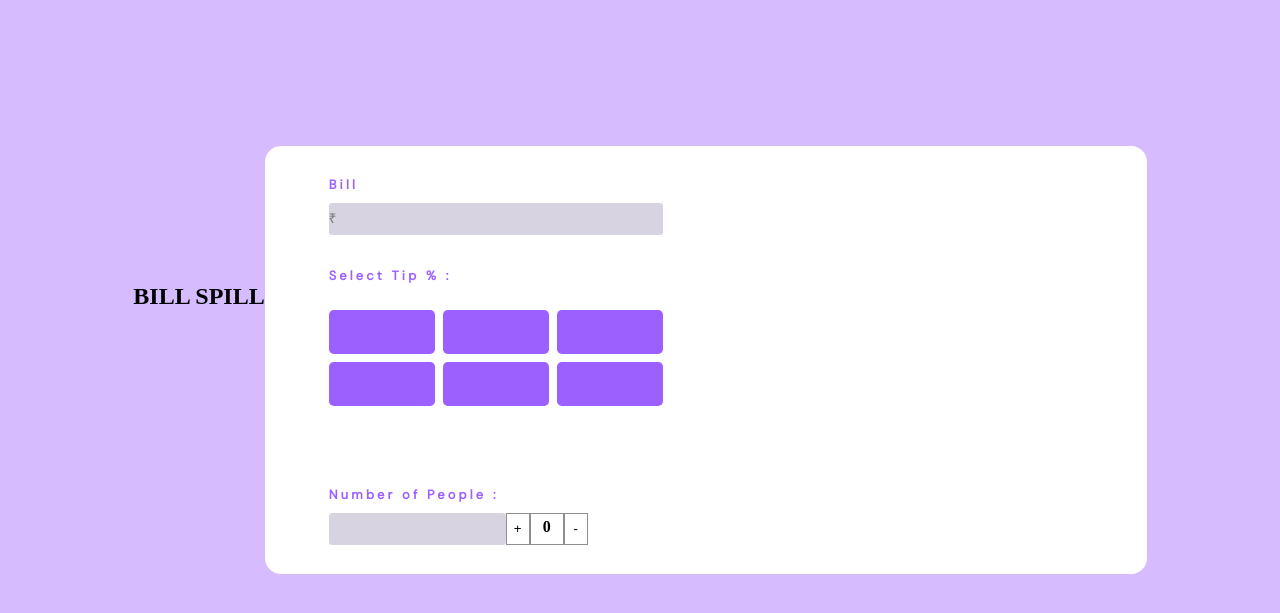
Repository: drumsmanku/micro-project-3
Page: index.html
An editor plug-in stored every save of this project. The page is shown before and after the next save, followed by the edit.
The browser window is 1280 px wide. The pictures show the whole page.

Above is the page before, as saved 2023-04-17 19:02:21.

### index.html
<!DOCTYPE html>
<html lang="en">
<head>
  <meta charset="UTF-8">
  <meta http-equiv="X-UA-Compatible" content="IE=edge">
  <meta name="viewport" content="width=device-width, initial-scale=1.0">
  <link rel="stylesheet" href="styles.css">
  <title>Bill Spill</title>
</head>
<body>
  <main>
    <h2>BILL SPILL</h2>
    <div class="entire-container">
      <div class="left-inside-container">
          <label for="amount">Bill</label>
          <input type="number" name="total" id="total-bill" placeholder="₹" >
          <div class="select-container">
            <label for="tip">Select Tip % :</label>
            <div class="button-containers">
              <button class="bt-1 sizing"></button>
              <button class="bt-2 sizing"></button>
              <button class="bt-3 sizing"></button>
              <button class="bt-4 sizing"></button>
              <button class="bt-5 sizing"></button>
              <button class="bt-6 sizing"></button>
            </div>
          </div>
          <label for="people">Number of People : </label>
          <div class="people-container">
            <input type="number" name="people" id="people-number">
            <button id="add-people">+</button>
            <h4 class="center-text">0</h4>
            <button id="sub-people">-</button>
          </div>
      </div>


      <div class="right-inside-container"></div>
    </div>
  </main>
</body>
</html>

### styles.css
@import url('https://fonts.googleapis.com/css2?family=DM+Sans&display=swap');
/* font-family: 'DM Sans', sans-serif; */
*{
  padding: 0;
  margin: 0;
}

main{
  width: 100%;
  height: 100vh;
  display: flex;
  justify-content: center;
  align-items: center;
  background-color:  #D6BCFF;
}

main>h2{
  position: relative;
  top: -4rem;
}

.entire-container{
  width: 818px;
  height: 428px;
  background-color: white;

  display: flex;
  padding-left: 4rem;
  flex-direction: row;
  border-radius: 1rem;

}

.left-inside-container{
  display: flex;
  flex-wrap: wrap;
  flex-direction: column;
  justify-content: center;
}

.button-containers{
  display: grid;
  grid-template-columns: repeat(3, minmax(0,1fr));
  grid-template-rows: repeat(2, minmax(0,1fr));
  grid-gap: 0.5rem;
  margin-top: 1rem;
}

.sizing{
  width: 106px;
  height: 44px;
  border: none;
  background-color: #9C60FF;
  border-radius: 0.3rem;
}
.people-container{
  display: flex;
  flex-direction: row;
}
.people-container>h4{
  border: 1px solid #8E8E8E;
  width: 2rem;
  text-align: center;
  padding-top: 4px;
}
.people-container>button{
  background: none;
  border: 1px solid #8E8E8E;
  width: 1.5rem;
}

.select-container{
  display: flex;
  flex-direction: column;
  margin: 2rem 0 5rem 0;
}
input{
  border-radius: 0.2rem;
  border: none;
  background-color: rgba(182, 172, 196, 0.53);
  height: 2rem;
}
label{
  color: #9C60FF;
  font-size: 0.8rem;
  font-family: 'DM Sans';
  font-weight: bold;
  letter-spacing: 0.2rem;
  margin-bottom: 10px;
}

After the next save:
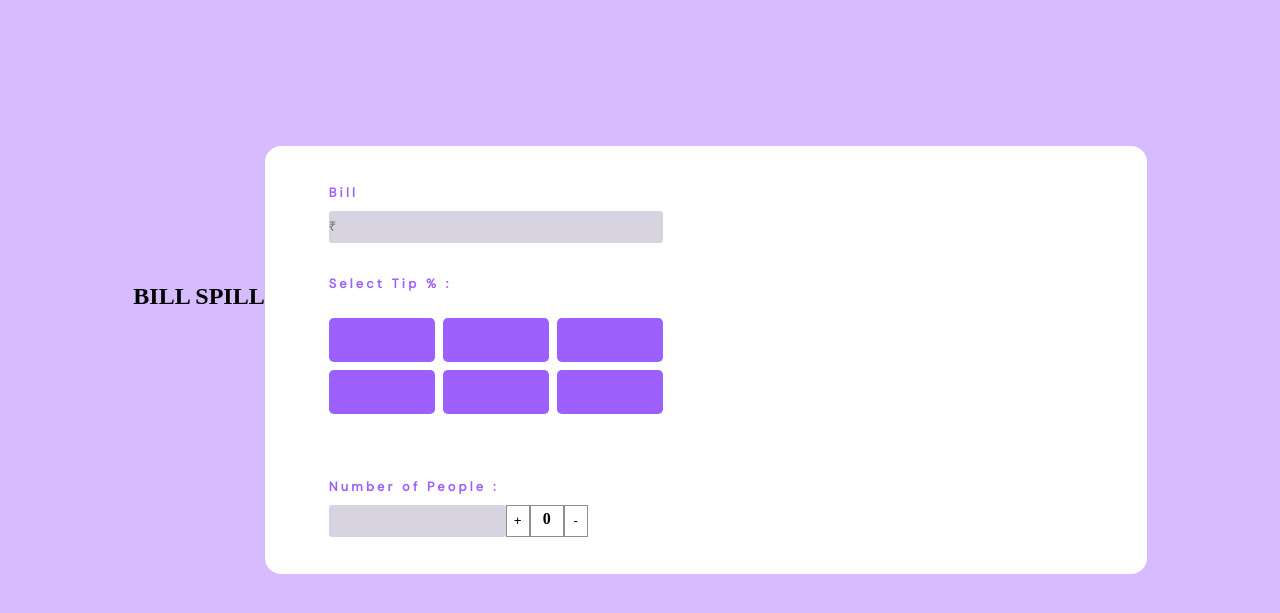
Saved 20 s later.
--- a/styles.css
+++ b/styles.css
@@ -72,7 +72,7 @@ main>h2{
 .select-container{
   display: flex;
   flex-direction: column;
-  margin: 2rem 0 5rem 0;
+  margin: 2rem 0 4rem 0;
 }
 input{
   border-radius: 0.2rem;
